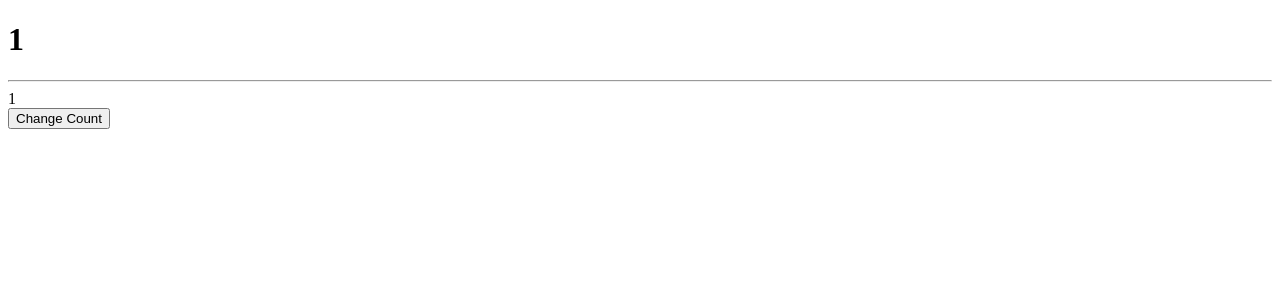
Repository: DAVISPARK/park
Page: http://localhost/blog/test/ajaxtest.jsp
An editor plug-in stored every save of this project. The page is shown before and after the next save, followed by the edit.
The browser window is 1280 px wide. The pictures show the whole page.
The page is served by Tomcat 9.

Above is the page before, as saved 2019-11-01 03:11:58.

After the next save:
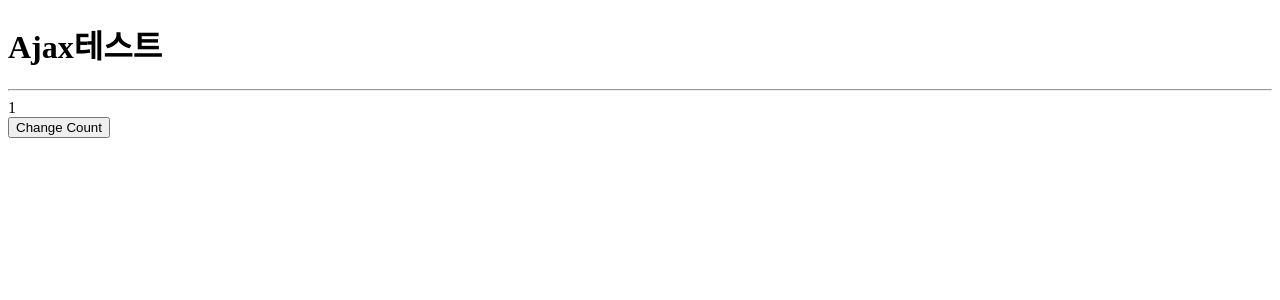
Saved 9 s later.
--- a/blog/WebContent/test/ajaxtest.jsp
+++ b/blog/WebContent/test/ajaxtest.jsp
@@ -8,7 +8,7 @@
 </head>
 <body>
 
-<h1>1</h1>
+<h1>Ajax테스트</h1>
 <hr/>
 <div id = "content">
 <!-- 부분적 리로딩 (ex.아이디 중복확인)-->
